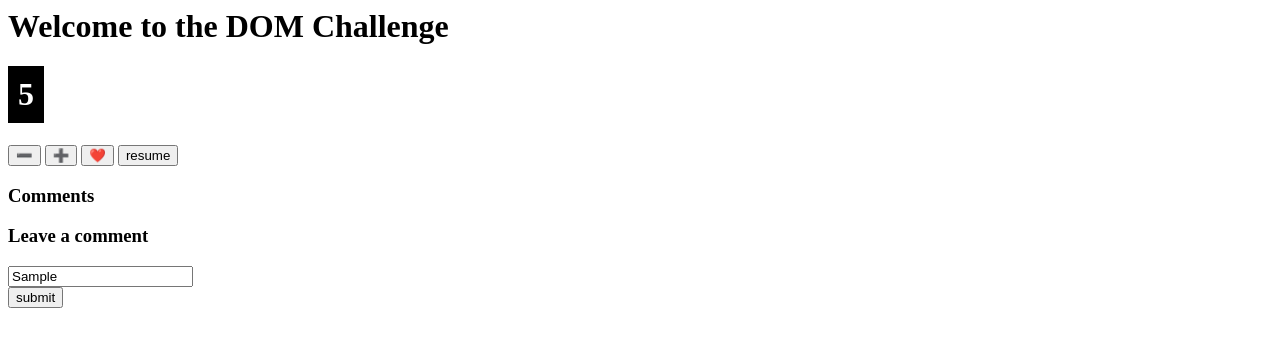
Repository: learn-co-students/jsdom-dom-challenge-onl01-seng-pt-012120
Page: index.html
These files come from the project's save history. The page is drawn as it stood at one moment and after the next save; the edit follows.
The browser window is 1280 px wide. The pictures show the whole page.
Empty fields were first filled with sample values (such as "Sample", 5 or name@example.com).
After loading, the first visible `#pause` was clicked once.

Above is the page before, as saved 2020-08-03 10:42:42.

After the next save:
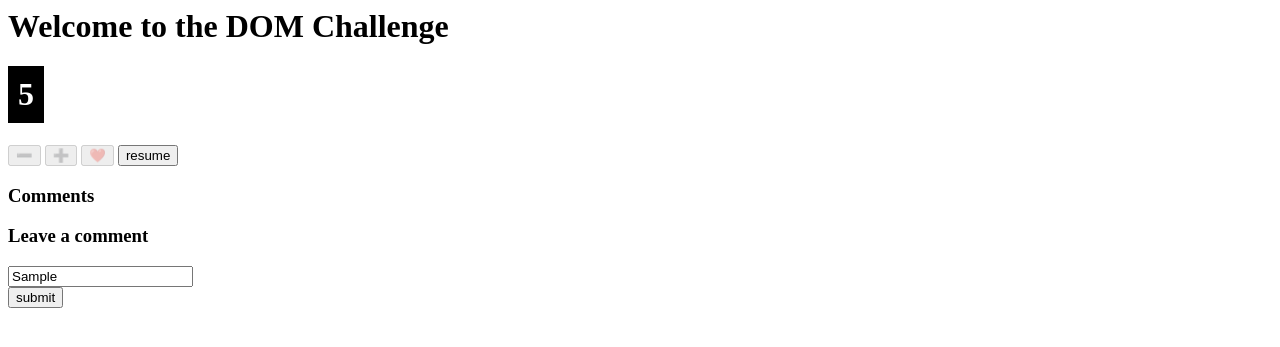
Saved 19 min 51 s later.
--- a/js/challenge.js
+++ b/js/challenge.js
@@ -81,7 +81,9 @@ document.addEventListener('DOMContentLoaded', () =>{
             pause.innerText='pause';
         };
         let buttons = document.getElementsByTagName('button');
-        debugger;
+        buttons.heart.disabled = !timing;
+        buttons.minus.disabled = !timing;
+        buttons.plus.disabled = !timing;
     });
     // comment form
     const cf = document.getElementById("comment-form")
